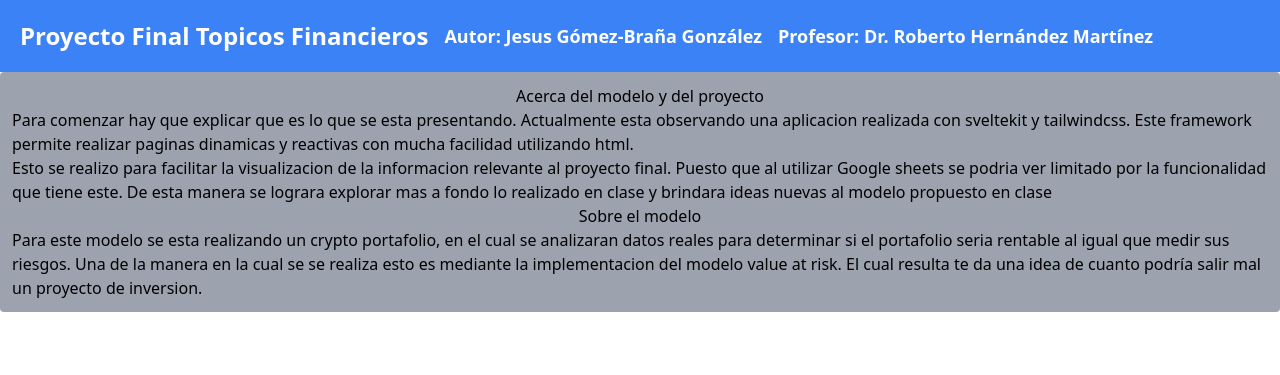
Repository: SistemaACT/Portafolio
Page: /
The author's editor kept a copy of each file at every save. The page is drawn from the files as they stood at one save, then again after the next save.
The browser window is 1280 px wide. The pictures show the whole page.
The project was rebuilt for these pictures with package versions that can differ from the ones it lists, and the page was loaded fresh each time. The framework's server and built-in components were replaced by stand-ins that run in the browser. Also part of the build but not shown: svelte.config.js, vite.config.ts.

Above is the page before, as saved 2024-07-07 00:28:03.

### src/routes/+page.svelte
<div class="w-full bg-blue-500 text-white p-5 text-2xl font-bold flex items-center  space-x-4 ">
    <h1>
        Proyecto Final Topicos Financieros
    </h1>
    <p class="text-lg">Autor: Jesus Gómez-Braña González</p>
    <p class="text-lg">Profesor: Dr. Roberto Hernández Martínez</p>

</div>

<div class="bg-gray-400 rounded p-3 flex flex-col items-center">
    <h2>Acerca del modelo y del proyecto</h2>
    <p>
        Para comenzar hay que explicar que es lo que se esta presentando. Actualmente
        esta observando una aplicacion realizada con sveltekit y tailwindcss. Este framework permite
        realizar paginas dinamicas y reactivas con mucha facilidad utilizando html.
    </p>
    <p>
        Esto se realizo para facilitar la visualizacion de la informacion relevante al proyecto final.
        Puesto que al utilizar Google sheets se podria ver limitado por la funcionalidad que tiene este.
        De esta manera se lograra explorar mas a fondo lo realizado en clase y brindara ideas nuevas al modelo
        propuesto en clase
    </p>
    <h3>Sobre el modelo</h3>
    <p>
        Para este modelo se esta realizando un crypto portafolio, en el cual se analizaran datos reales para
        determinar si el portafolio seria rentable al igual que medir sus riesgos. Una de la manera en la cual se
        se realiza esto es mediante la implementacion del modelo value at risk. El cual resulta te da una idea de cuanto podría salir mal un proyecto de inversion.
    </p>
</div>

Loaded but not shown: src/app.html (common file); src/routes/+layout.svelte (common file); src/app.css (common file); tailwind.config.js (common file)

After the next save:
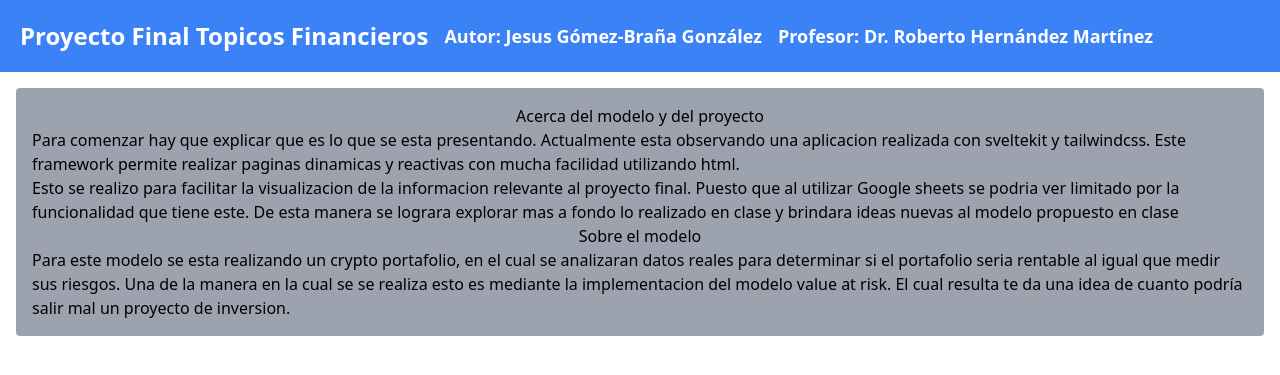
Saved 12 s later.
--- a/src/routes/+page.svelte
+++ b/src/routes/+page.svelte
@@ -7,7 +7,7 @@
 
 </div>
 
-<div class="bg-gray-400 rounded p-3 flex flex-col items-center">
+<div class="bg-gray-400 rounded p-4 flex flex-col items-center m-4">
     <h2>Acerca del modelo y del proyecto</h2>
     <p>
         Para comenzar hay que explicar que es lo que se esta presentando. Actualmente
